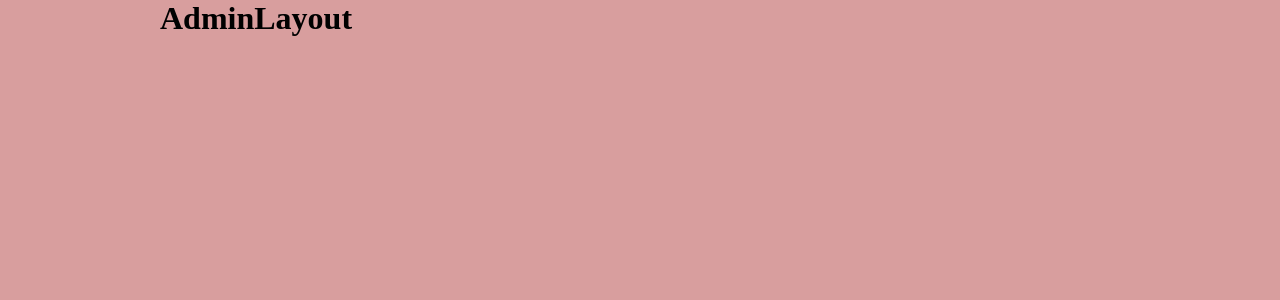
Repository: jkvekariya/Online-store-Management
Page: /admin (app in frontend/client/)
These files come from the project's save history. The page is drawn as it stood at one moment and after the next save; the edit follows.
The browser window is 1280 px wide. The pictures show the whole page.
The project was rebuilt for these pictures with package versions that can differ from the ones it lists, and the page was loaded fresh each time. Also part of the build but not shown: frontend/client/vite.config.js, frontend/client/src/layout/AuthLayout.jsx, frontend/client/src/layout/UserLayout.jsx, frontend/client/src/pages/auth/Login.jsx, frontend/client/src/pages/auth/Signup.jsx, frontend/client/src/css/home.css, frontend/client/src/context/CartContext.jsx, frontend/client/src/pages/user/Home.jsx and 2 more.

Above is the page before, as saved 2026-01-01 18:57:41.

### frontend/client/index.html
<!doctype html>
<html lang="en">
  <head>
    <meta charset="UTF-8" />
    <link rel="icon" type="image/svg+xml" href="/vite.svg" />
    <meta name="viewport" content="width=device-width, initial-scale=1.0" />
    <title>Online Store Management System</title>
  </head>
  <body>
    <div id="root"></div>
    <script type="module" src="/src/main.jsx"></script>
  </body>
</html>

### frontend/client/src/main.jsx
import React from 'react'
import ReactDOM from 'react-dom/client'
import { BrowserRouter } from 'react-router-dom'
import App from './App.jsx'
import './index.css'

ReactDOM.createRoot(document.getElementById('root')).render(
  <React.StrictMode>
    <BrowserRouter>
      <App />
    </BrowserRouter>
  </React.StrictMode>,
)

### frontend/client/src/App.jsx
import { Routes, Route } from "react-router-dom";

import AuthLayout from "./layout/AuthLayout";
import UserLayout from "./layout/UserLayout";
import AdminLayout from "./layout/AdminLayout";

import Login from "./pages/auth/Login";
import Signup from "./pages/auth/Signup";
import Home from "./pages/user/Home";
import Dashboard from "./pages/admin/Dashboard";

function App() {
  return (
    <Routes>

      {/* AUTH ROUTES */}
      <Route path="/auth" element={<AuthLayout />}>
        <Route path="login" element={<Login />} />
        <Route path="signup" element={<Signup />} />
      </Route>

      {/* USER ROUTES */}
      <Route path="/" element={<UserLayout />}>
        <Route index element={<Home />} />
      </Route>

      {/* ADMIN ROUTES */}
      <Route path="/admin" element={<AdminLayout />}>
        <Route path="dashboard" element={<Dashboard />} />
      </Route>

    </Routes>
  );
}

export default App;

### frontend/client/src/index.css
*{
    margin: 0 2rem;
    background: #d89e9e;
}

### frontend/client/src/layout/AdminLayout.jsx
import { Outlet } from "react-router-dom";

const AdminLayout = () => {
  return (
    <div>
      <h1>AdminLayout</h1>
      <Outlet />
    </div>
  );
};

export default AdminLayout;

After the next save:
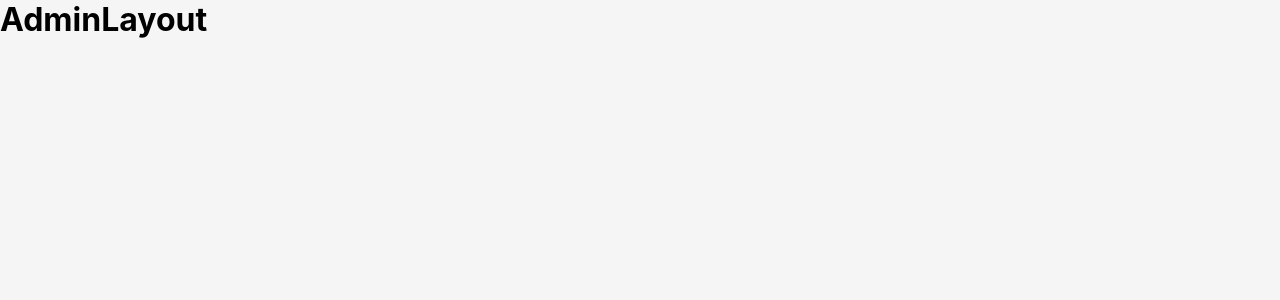
Saved 8 s later.
--- a/frontend/client/src/index.css
+++ b/frontend/client/src/index.css
@@ -1,4 +1,18 @@
-*{
-    margin: 0 2rem;
-    background: #d89e9e;
+* {
+  margin: 0;
+  padding: 0;
+  box-sizing: border-box;
 }
+
+body {
+  font-family: -apple-system, BlinkMacSystemFont, 'Segoe UI', 'Roboto', 'Oxygen',
+    'Ubuntu', 'Cantarell', 'Fira Sans', 'Droid Sans', 'Helvetica Neue',
+    sans-serif;
+  -webkit-font-smoothing: antialiased;
+  -moz-osx-font-smoothing: grayscale;
+  background-color: #f5f5f5;
+}
+
+#root {
+  min-height: 100vh;
+}
